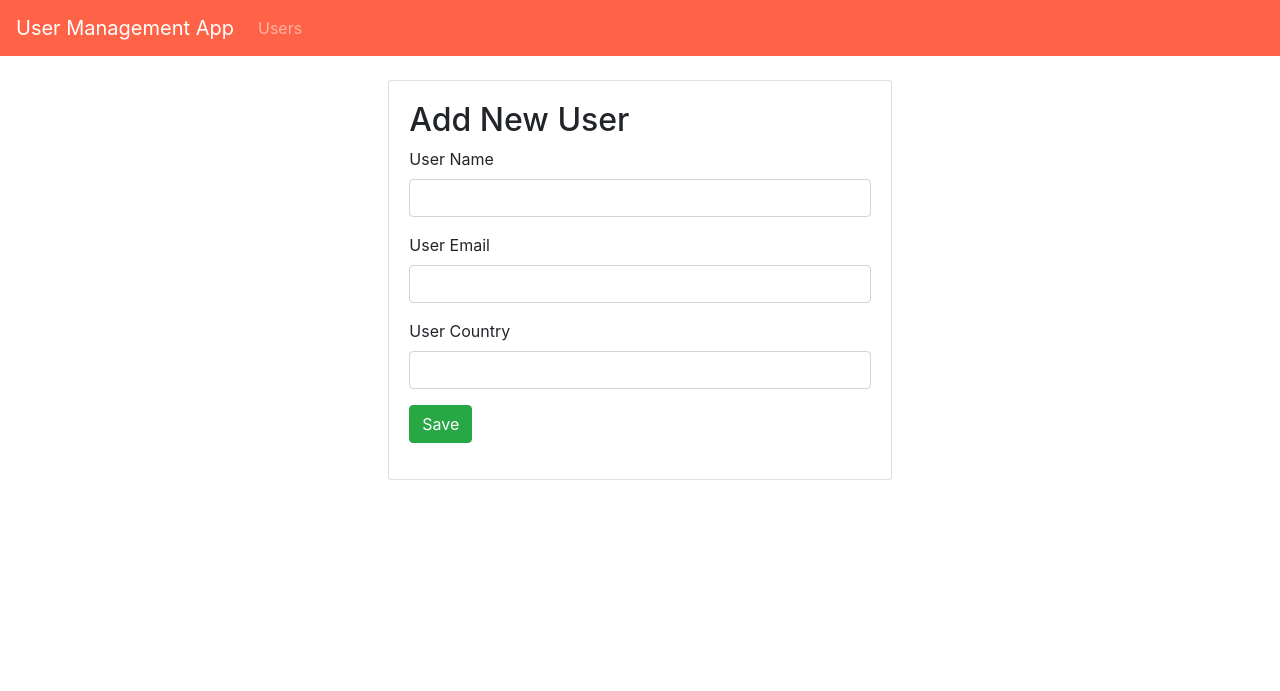
Repository: arnab01/Placement-Portal
Page: http://localhost/Company_Selects/new
These files come from the project's save history. The page is drawn as it stood at one moment and after the next save; the edit follows.
The browser window is 1280 px wide. The pictures show the whole page.
The page is served by Tomcat 9.

Above is the page before, as saved 2020-11-27 19:41:16.

After the next save:
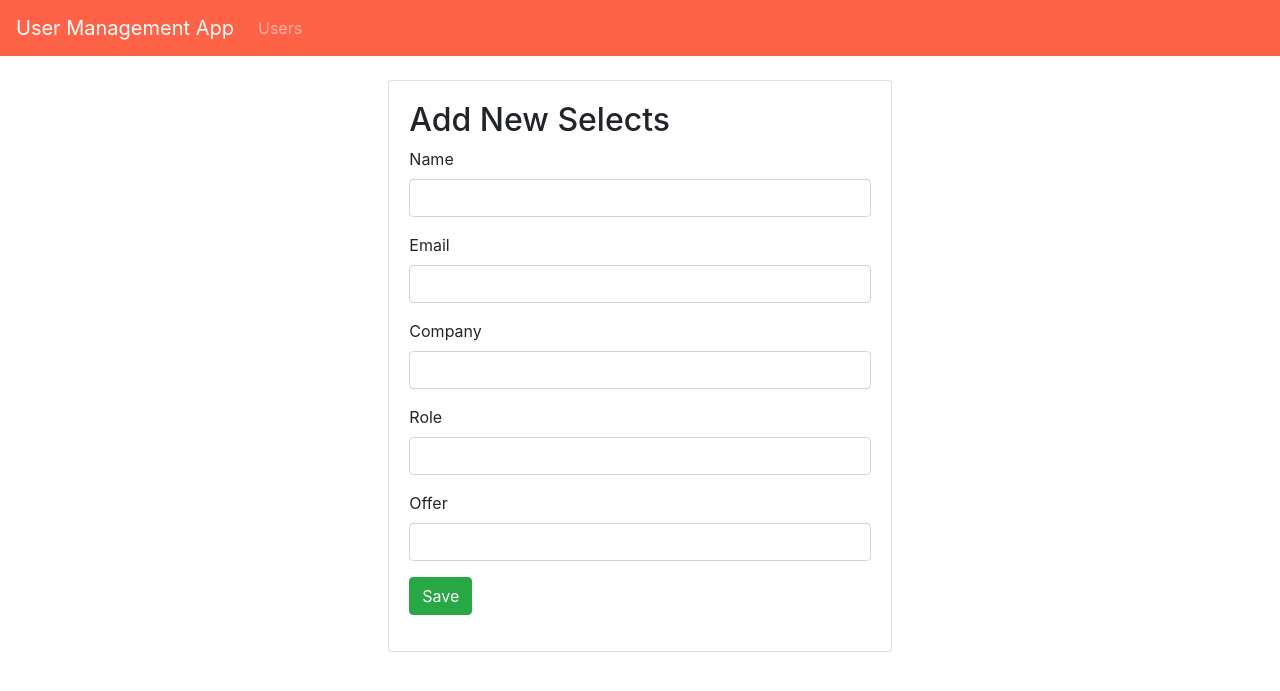
Saved 2 min 22 s later.
--- a/JSP/final_selects/Company_Selects/WebContent/user-form.jsp
+++ b/JSP/final_selects/Company_Selects/WebContent/user-form.jsp
@@ -38,10 +38,10 @@
 				<caption>
 					<h2>
 						<c:if test="${user != null}">
-            			Edit User
+            			Edit Select's details
             		</c:if>
 						<c:if test="${user == null}">
-            			Add New User
+            			Add New Selects
             		</c:if>
 					</h2>
 				</caption>
@@ -51,21 +51,33 @@
 				</c:if>
 
 				<fieldset class="form-group">
-					<label>User Name</label> <input type="text"
+					<label>Name</label> <input type="text"
 						value="<c:out value='${user.name}' />" class="form-control"
 						name="name" required="required">
 				</fieldset>
 
 				<fieldset class="form-group">
-					<label>User Email</label> <input type="text"
+					<label>Email</label> <input type="text"
 						value="<c:out value='${user.email}' />" class="form-control"
 						name="email">
 				</fieldset>
 
 				<fieldset class="form-group">
-					<label>User Country</label> <input type="text"
-						value="<c:out value='${user.country}' />" class="form-control"
-						name="country">
+					<label>Company</label> <input type="text"
+						value="<c:out value='${user.company}' />" class="form-control"
+						name="company">
+				</fieldset>
+
+				<fieldset class="form-group">
+					<label>Role</label> <input type="text"
+						value="<c:out value='${user.role}' />" class="form-control"
+						name="role">
+				</fieldset>
+
+				<fieldset class="form-group">
+					<label>Offer</label> <input type="text"
+						value="<c:out value='${user.offer}' />" class="form-control"
+						name="offer">
 				</fieldset>
 
 				<button type="submit" class="btn btn-success">Save</button>
